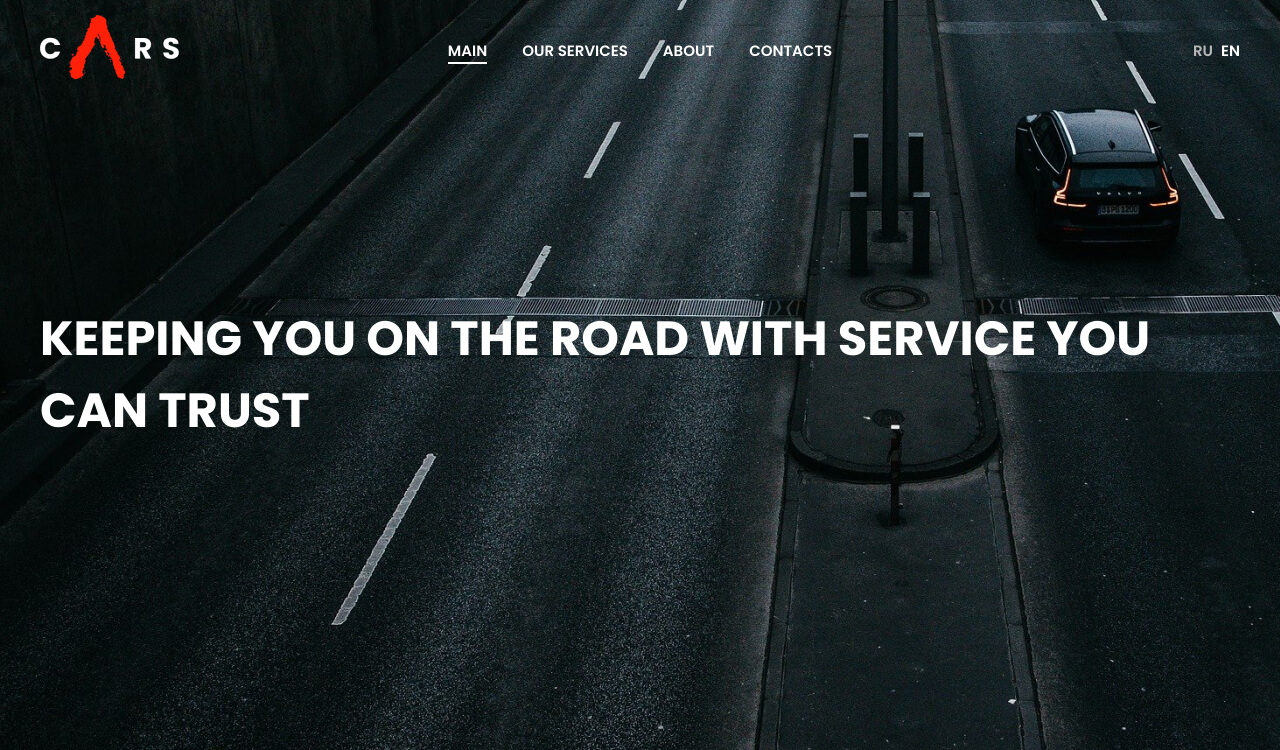
Repository: Earn1ll/car_repair
Page: index.html
The author's editor kept a copy of each file at every save. The page is drawn from the files as they stood at one save, then again after the next save.
The browser window is 1280 px wide. The pictures show the whole page.

Above is the page before, as saved 2022-09-18 15:00:13.

### index.html
<!DOCTYPE html>
<html lang="en">
<head>
    <meta charset="UTF-8">
    <meta http-equiv="X-UA-Compatible" content="IE=edge">
    <meta name="viewport" content="width=device-width, initial-scale=1.0">
    <title>car repair</title>
    <link rel="stylesheet" href="css/style.css">
</head>
<body>
    <header class="header">
        <div class="container">
            <div class="header__wrapper">
                <div class="header__block">
                    <a href="/" class="header__logo">
                        <img src="img/logo.png" alt="logo">
                    </a>
                </div>

                <nav class="nav">
                    <a href="#" class="nav__link active">Main</a>
                    <a href="#" class="nav__link">Our services</a>
                    <a href="#" class="nav__link">About</a>
                    <a href="#" class="nav__link">Contacts</a>
                </nav>

                <div class="header__block">
                    <div class="header__lng">
                        <a href="#" class="header__lng-link ">ru</a>
                        <a href="#" class="header__lng-link active">en</a>
                    </div>
                </div>

            </div>
        </div>
    </header>

    <section class="intro">
        <div class="container">
            <div class="intro__content">
                <div class="intro__block">
                    <h1 class="intro__title">
                        KEEPING YOU ON THE ROAD WITH
                        SERVICE YOU CAN TRUST
                    </h1>
                </div>
            </div>
        </div>
    </section>
</body>
</html>

### css/style.css
@import url('https://fonts.googleapis.com/css2?family=Poppins:wght@400;600;700;800;900&display=swap');

*,*::before,::after {
    box-sizing: border-box;
}
body {
    margin: 0;
    font-family: 'Poppins', sans-serif;
    font-size: 15px;
}

h1,h2,h3,h4,h5,h6 {
    margin: 0;
}

.container {
    width: 1200px;
    margin: 0 auto;
}



/* header start working */
.header {
    width: 100%;
    position: absolute;
    top: 0;
    left: 0;
}

.header__wrapper {
    height: 100px;
    display: flex;
    justify-content: space-between;
    align-items: center;
}

.header__block {
    width: 20%;
}

.nav {
    display: flex;
}

.nav__link {
    margin-right: 35px;
    color: #fff;
    text-transform: uppercase;
    text-decoration: none;
    font-weight: 600;
    position: relative;
}

.nav__link::after {
    width: 100%;
    height: 2px;
    background-color: #fff;
    position: absolute;
    top: 100%;
    left: 0;
    content: '';
    opacity: 0;
    transition: opacity .2s ease;

}

.nav__link:last-child {
    margin-right: 0;
}

.nav__link:hover::after {
    opacity: 1;
}

.nav__link.active::after {
    opacity: 1;
}

.header__lng {
    display: flex;
    justify-content: flex-end;

}

.header__lng-link {
    margin-right: 8px;
    text-transform: uppercase;
    text-decoration: none ;
    font-weight: 600;
    color: #b7b7b7;
}

.header__lng-link:last-child {
    margin-right: 0;
}

.header__lng-link.active {
    color: #fff;
}
/* header end working */
/* intro start working */

.intro {
    background: url('../img/intro_bg.jpg');
}
.intro__content {
    height: 750px;
    display: flex;
    align-items: center;
}

.intro__block {

}

.intro__title {
    font-size: 48px;
    font-weight: 700;
    color: #fff;

}
/* intro end working */

After the next save:
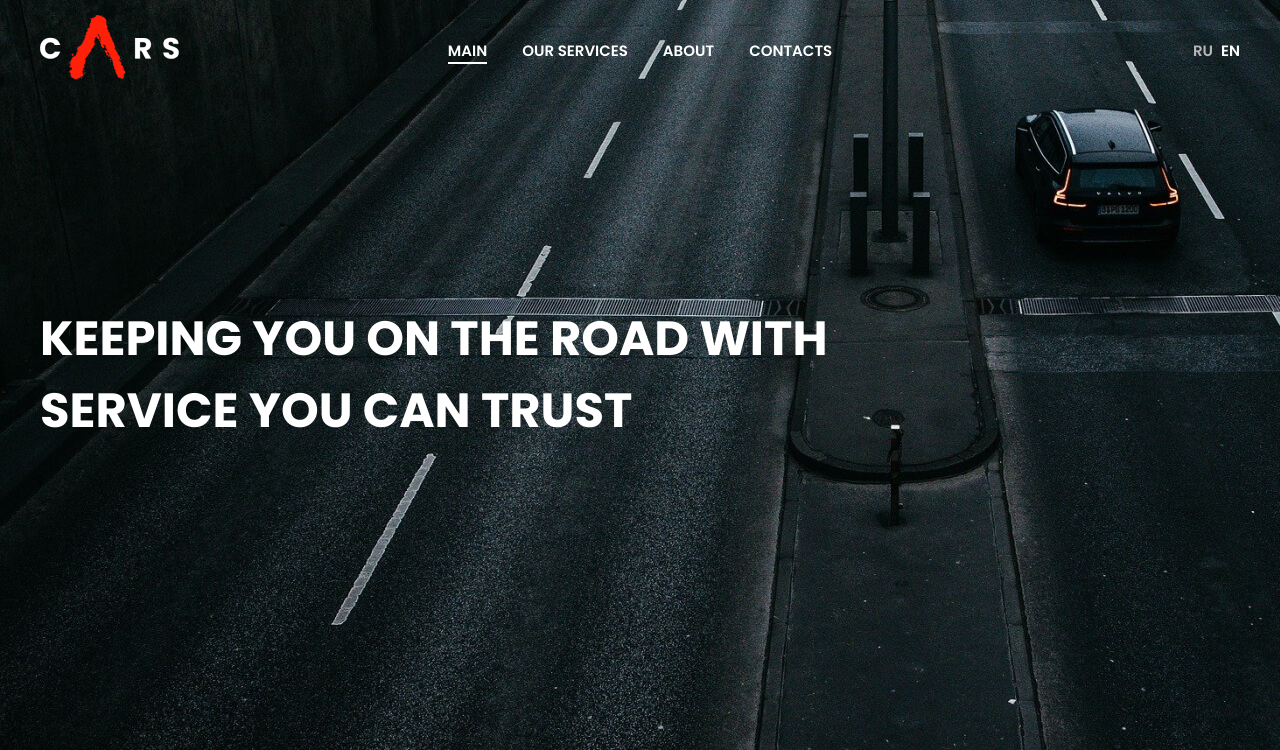
Saved 3 min 30 s later.
--- a/css/style.css
+++ b/css/style.css
@@ -115,6 +115,7 @@
 }
 
 .intro__title {
+    max-width: 790px;
     font-size: 48px;
     font-weight: 700;
     color: #fff;
